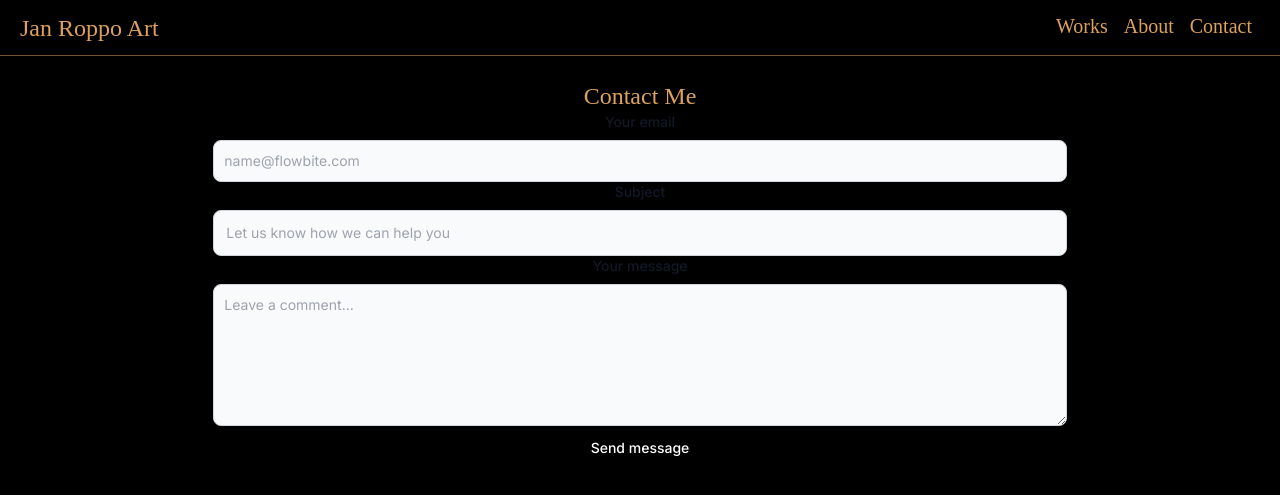
Repository: YanceMcFinn/JRArt
Page: /contact
An editor plug-in stored every save of this project. The page is shown before and after the next save, followed by the edit.
The browser window is 1280 px wide. The pictures show the whole page.
The project was rebuilt for these pictures with package versions that can differ from the ones it lists, and the page was loaded fresh each time. The framework's server and built-in components were replaced by stand-ins that run in the browser. Also part of the build but not shown: next.config.js.

Above is the page before, as saved 2023-10-19 20:22:16.

After the next save:
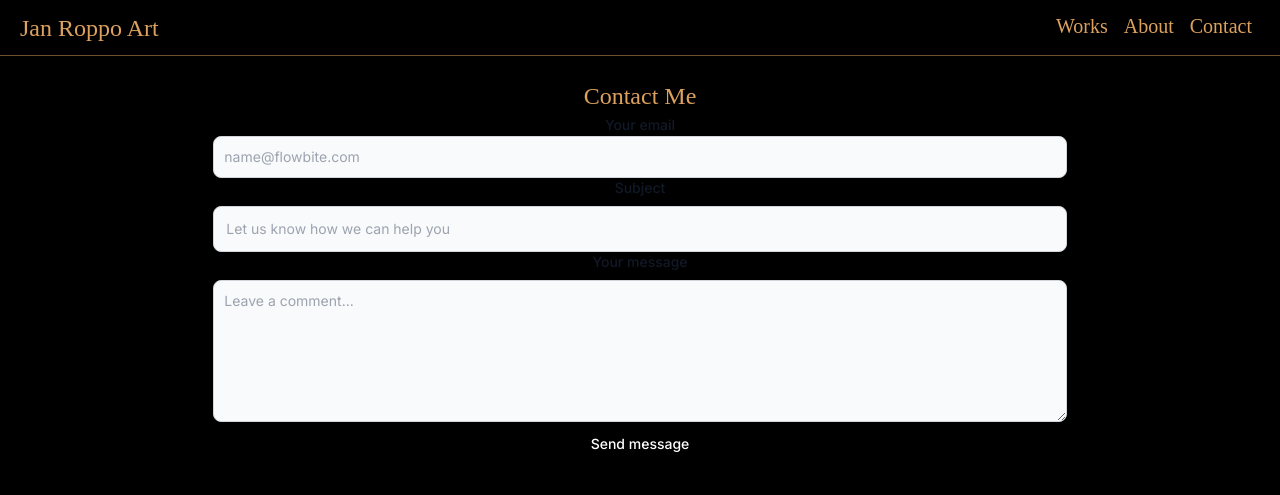
Saved 13 s later.
--- a/app/contact/page.jsx
+++ b/app/contact/page.jsx
@@ -8,7 +8,7 @@ export default function Contact() {
             <div className='title text-center text-2xl'>Contact Me</div>
                 <form className='w-2/3 mx-auto'>
                     <div>
-                        <label for="email" class="block mb-2 text-sm font-medium text-gray-900 dark:text-gray-300">Your email</label>
+                        <label for="email" class=" mb-2 text-sm font-medium text-gray-900 dark:text-gray-300">Your email</label>
                         <input type="email" id="email" class="shadow-sm bg-gray-50 border border-gray-300 text-gray-900 text-sm rounded-lg focus:ring-primary-500 focus:border-primary-500 block w-full p-2.5 dark:bg-gray-700 dark:border-gray-600 dark:placeholder-gray-400 dark:text-white dark:focus:ring-primary-500 dark:focus:border-primary-500 dark:shadow-sm-light" placeholder="name@flowbite.com" required/>
                     </div>
                     <div>
